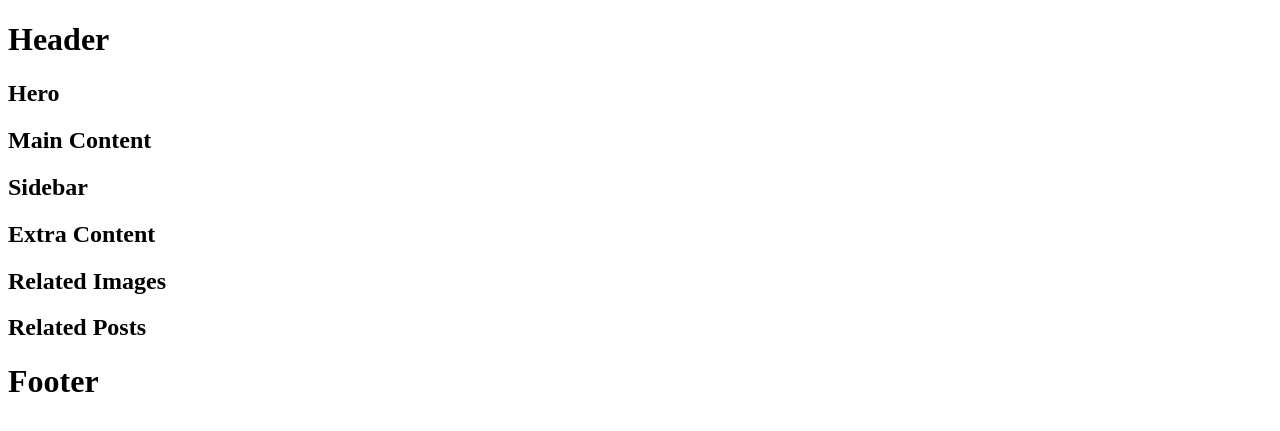
Repository: harshitanthal1/assignments_avisoft
Page: 01-02-2024/assignment_2/index.html
These files come from the project's save history. The page is drawn as it stood at one moment and after the next save; the edit follows.
The browser window is 1280 px wide. The pictures show the whole page.

Above is the page before, as saved 2024-02-01 17:37:59.

After the next save:
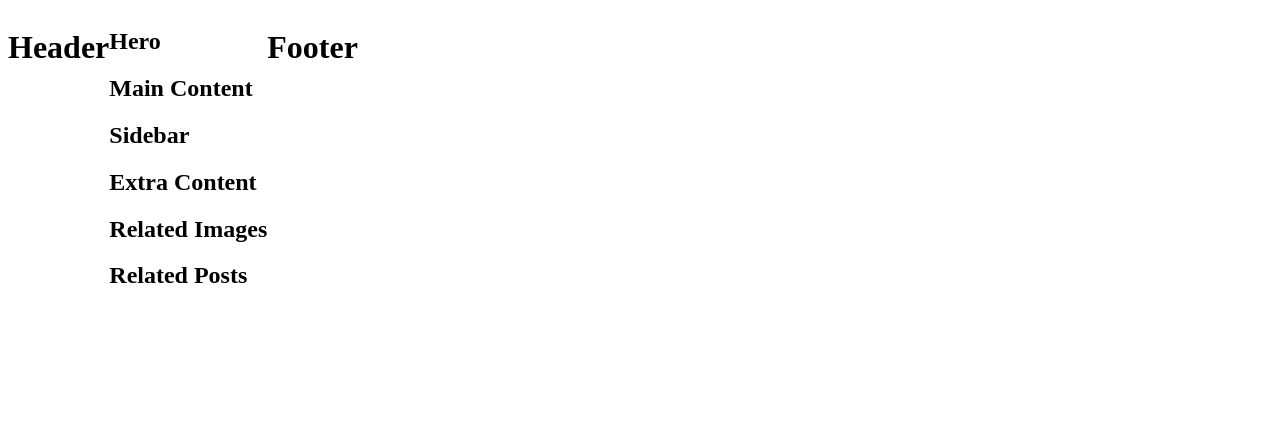
Saved 3 s later.
--- a/01-02-2024/assignment_2/index.html
+++ b/01-02-2024/assignment_2/index.html
@@ -7,15 +7,15 @@
     <link rel="stylesheet" href="styles/styles.css" />
 </head>
 <body>
-    <div id="box">
+    <div id="main-sec">
        <div id="header"><h1>Header</h1></div>
        <div id="main">
-           <div id="box1"><h2>Hero</h2></div>
-           <div id="box2"><h2>Main Content</h2></div>
-           <div id="box3"><h2>Sidebar</h2></div>
-           <div id="box4"><h2>Extra Content</h2></div>
-           <div id="box5"><h2>Related Images</h2></div>
-           <div id="box6"><h2>Related Posts</h2></div>
+           <div id="sec1"><h2>Hero</h2></div>
+           <div id="sec2"><h2>Main Content</h2></div>
+           <div id="sec3"><h2>Sidebar</h2></div>
+           <div id="sec4"><h2>Extra Content</h2></div>
+           <div id="sec5"><h2>Related Images</h2></div>
+           <div id="sec6"><h2>Related Posts</h2></div>
        </div>
        <div id="footer"><h1>Footer</h1></div>
     </div>
